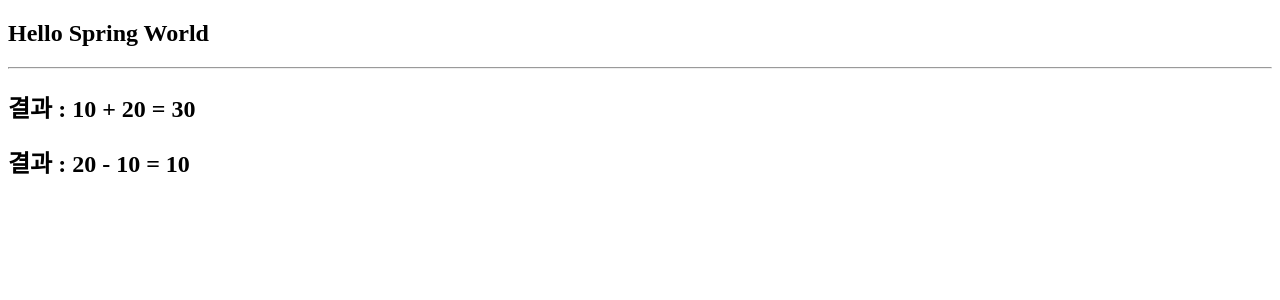
Repository: wjsjsn/23_springstudy
Page: http://localhost/Spring_DI/
The author's editor kept a copy of each file at every save. The page is drawn from the files as they stood at one save, then again after the next save.
The browser window is 1280 px wide. The pictures show the whole page.
The page is served by Tomcat 9. Other server files are loaded and not shown.

Above is the page before, as saved 2023-07-25 08:42:36.

### Spring_DI/src/main/webapp/index.jsp
<%@page import="ex07_web_DI.MyCalc"%>
<%@page import="org.springframework.web.context.support.WebApplicationContextUtils"%>
<%@page import="org.springframework.web.context.WebApplicationContext"%>
<%@page import="ex06_web_DI.HelloImpl"%>
<%@page
	import="org.springframework.context.support.GenericXmlApplicationContext"%>
<%@page import="org.springframework.context.ApplicationContext"%>
<%@ page language="java" contentType="text/html; charset=UTF-8"
	pageEncoding="UTF-8"%>
<!DOCTYPE html>
<html>
<head>
<meta charset="UTF-8">
<title>Insert title here</title>
</head>
<body>
	<%--
	// 자바 main에서 사용한 내용 그대로 코딩
	ApplicationContext context =
		new GenericXmlApplicationContext("ex06_web_DI/config.xml");

	HelloImpl hello = (HelloImpl)context.getBean("hello");
	String msg = hello.sayHello();
	out.println("<h2>" + msg + "</h2>");
	--%>

	<%
	// config.xml => 환경설정 파일 => web에서는 /WEB-INF/spring/root-context.xml
	// => application으로 정해져있음

	WebApplicationContext context =
		WebApplicationContextUtils.getWebApplicationContext(application);

	HelloImpl hello = (HelloImpl)context.getBean("hello");
	String msg = hello.sayHello();
	out.println("<h2>" + msg + "</h2><hr>");

	MyCalc mc = (MyCalc)context.getBean("mycalc");
	int result = mc.plus(10, 20);
	out.println("<h2> 결과 : 10 + 20 = " + result + "</h2>");

	mc.minus(20, 10);
	int result2 = mc.getResult();
	out.println("<h2> 결과 : 20 - 10 = " + result2 + "</h2>");
	%>
</body>
</html>

After the next save:
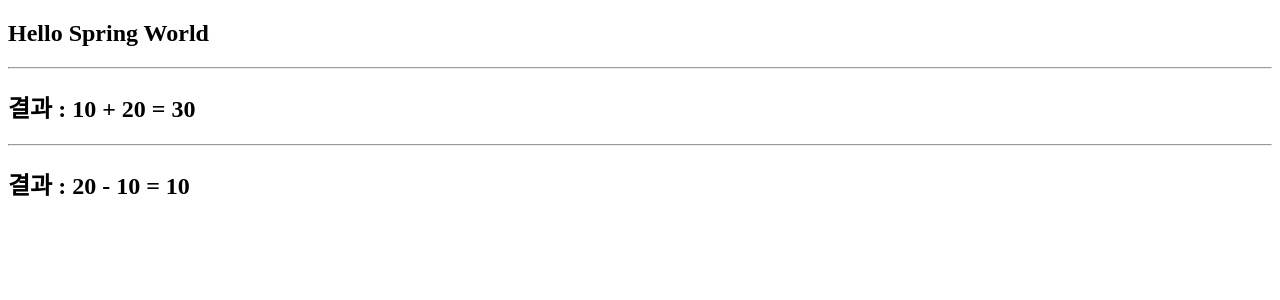
Saved 5 s later.
--- a/Spring_DI/src/main/webapp/index.jsp
+++ b/Spring_DI/src/main/webapp/index.jsp
@@ -37,7 +37,7 @@
 
 	MyCalc mc = (MyCalc)context.getBean("mycalc");
 	int result = mc.plus(10, 20);
-	out.println("<h2> 결과 : 10 + 20 = " + result + "</h2>");
+	out.println("<h2> 결과 : 10 + 20 = " + result + "</h2><hr>");
 
 	mc.minus(20, 10);
 	int result2 = mc.getResult();
